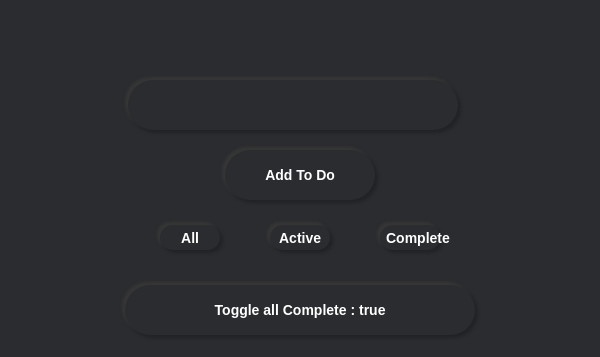
Repository: amralhawi123/To-Do-List
Page: /
These files come from the project's save history. The page is drawn as it stood at one moment and after the next save; the edit follows.
The browser window is 600 px wide. The pictures show the whole page.
The project was rebuilt for these pictures with package versions that can differ from the ones it lists, and the page was loaded fresh each time. Also part of the build but not shown: src/components/Todo.js.

Above is the page before, as saved 2023-07-17 20:55:36.

### src/App.js
import React, { useState } from 'react'
import ToDoForm from './components/ToDoForm'
import Todo from './components/Todo'
import './App.css'

const App = () => {

  let [toDos, setToDos] = useState([])
  const [todoToshow, setTodoToshow] = useState("all")
  const [toggleAllComplete, setToggleAllComplete] = useState(true)

  const addTodo =(todo)=> {
    setToDos([todo, ...toDos])

  }

  const handelDelete =(id)=> {
    setToDos(toDos.filter((todo) => todo.id !== id))
  }
  const updateTodoToshow =(s)=> {
    setTodoToshow(s)
  }

  const removeAllTodocomplete=()=>{
    setToDos(toDos.filter((todo)=> !todo.complete))
  }
  const toggelComplete = (id) => {
      setToDos(toDos.map((todo)=> {
        if(todo.id === id){
            return{
              ...todo,
              complete:!todo.complete
            }
        } else{
          return todo
        }
      }))
  }
  if(todoToshow === "active"){
    toDos = toDos.filter((todo) => !todo.complete)
  }else if(todoToshow === "complete"){
    toDos = toDos.filter((todo) => todo.complete)
  }
  return (
    <div className='container'>
      <ToDoForm addTodo={addTodo}/>
      {
        toDos.map((todo)=> (
          <Todo key={todo.id} todo={todo} onDelete={()=> handelDelete(todo.id)} toggelComplete={()=> toggelComplete(todo.id)}/>
        ))
      }
      <div>
        <button className='update-btn btn' onClick={()=> updateTodoToshow("all")}>All</button>
        <button className='update-btn btn' onClick={()=> updateTodoToshow("active")}>Active</button>
        <button className='update-btn btn' onClick={()=> updateTodoToshow("complete")}>Complete</button>
      </div>
      {
        toDos.map((todo)=> todo.complete === true ? ((<button className='all-btn btn' onClick={removeAllTodocomplete}>Remove all Complete Todo</button>)) : null)
      }

      <button className='all-btn btn' onClick={()=> {
        setToDos(
          toDos.map((todo)=> ({
            ...todo,
            complete:toggleAllComplete
          }))
        )
        setToggleAllComplete(!toggleAllComplete)
      }}>Toggle all Complete : {`${toggleAllComplete}`} </button>
    </div>
  )
}

export default App

### src/components/ToDoForm.js
import React, {useState} from 'react'
import shortid from 'shortid'
const ToDoForm = (props) => {

  const [text, setText] = useState('')

  const handelSubmit =(e)=>{
    e.preventDefault()
    props.addTodo({
      id: shortid.generate(),
      text:text,
      complete:false
    })
    setText("")

  }

  const handelChange =(e)=>{
      setText(e.target.value)
    }

  return (
    <form onSubmit={handelSubmit}>
      <input className='input-field' type='text' onChange={handelChange} value={text}/>
      <button className='btn' onClick={handelSubmit}>Add To Do</button>
    </form>
  )
}

export default ToDoForm

### src/App.css
body{
  background: #2b2c2f;
}
.container{
  display: flex;
  flex-direction: column;
  justify-content: center;
  align-items: center;
  margin-top: 80px;
}
.input-field{
  width: 350px;
  height: 50px;
  background: none;
  margin-right: 15px;
  outline: none;
  border-radius:30px;
  border: none;
  background-color: transparent;
  box-shadow: 3px 3px 3px #222327, -3px -3px 3px #363636;
  color:#fff;
  padding: 0 15px;
  font-size: 18px;
  font-weight: bold;
}

@media (max-width:667px) {
  form{
    display: flex;
    flex-direction: column;
    gap: 20px;
    align-items:center
  }
  .input-field{
    width: 300px;
  }
}
.btn,.delete-btn{
  border: none;
  background: none;
  outline: none;
  color: #fff;
  font-size: 14px;
  font-weight: bold;
  box-shadow: 3px 3px 3px #222327, -3px -3px 3px #363636;
  width: 150px;
  height: 50px;
  border-radius: 30px;
  cursor: pointer;
}
.delete-btn{
  width: 25px;
  height: 25px;
  border-radius: 50%;
  margin-left: 150px;
}
.btn:hover ,.input-field:hover,.delete-btn:hover{
  box-shadow: inset 3px 3px 3px #222327, inset -3px -3px 3px #363636;
}
.d-f{
  display: flex;
  width: 100%;
  justify-content: center;
  align-items: center;
  margin-top: 20px;
  font-size:20px;
  color: #fff;
}
.d-f > div{
  cursor: pointer;
}
.todo-count{
  color: #ffff;
  margin-top: 15px;
}
.update-btn{
  margin: 25px;
}
.all-btn{
  width: 350px !important;
  height: 50px !important;
  margin: 10px 0;
}

@media (max-width:667px) {
  .update-btn{
    margin: 10px 15;
    width:60px;
    height: 25px;
    border-radius: 15px;
  }
}

Loaded but not shown: public/index.html (common file); src/index.js (common file); src/index.css (common file); src/reportWebVitals.js (common file)

After the next save:
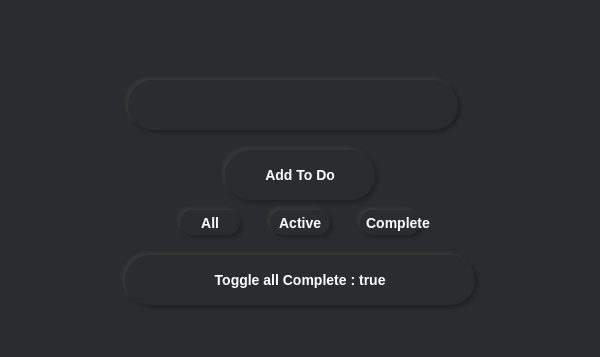
Saved 51 min 56 s later.
--- a/src/App.css
+++ b/src/App.css
@@ -84,7 +84,7 @@ body{
 
 @media (max-width:667px) {
   .update-btn{
-    margin: 10px 15;
+    margin: 10px 15px;
     width:60px;
     height: 25px;
     border-radius: 15px;
